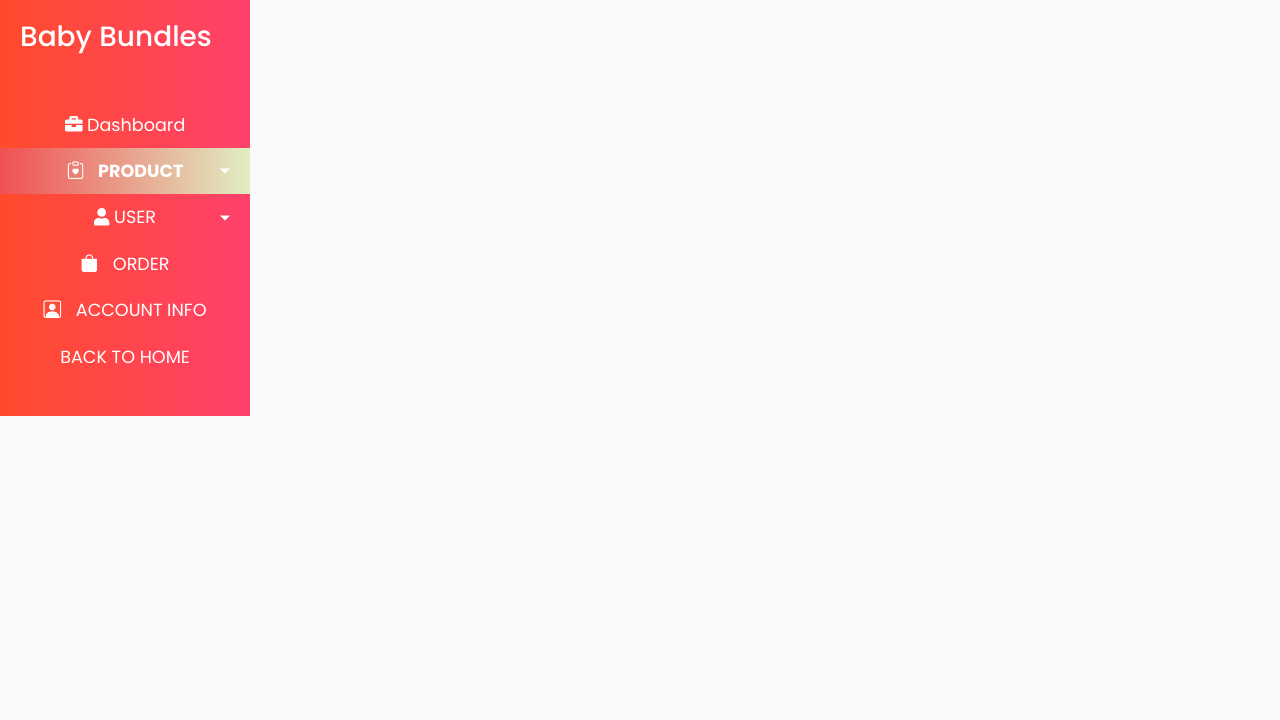
Repository: jiahow99/Baby-Bundles-University
Page: http://localhost/admin-dashboard.php
An editor plug-in stored every save of this project. The page is shown before and after the next save, followed by the edit.
The browser window is 1280 px wide. The pictures show the whole page.
Some web libraries are served in a nearby version. The page is run by PHP 8.4 with error messages shown; the project is at /var/www/html/.

Above is the page before, as saved 2022-11-25 01:18:21.

### admin-dashboard.php
<!DOCTYPE html>
<html>

<head>
    <meta charset="utf-8">
    <meta name="viewport" content="width=device-width, initial-scale=1.0">
    <meta http-equiv="X-UA-Compatible" content="IE=edge">

    <title>Admin-Product</title>

    <!-- Bootstrap CSS CDN -->
    <link rel="stylesheet" href="https://stackpath.bootstrapcdn.com/bootstrap/4.1.0/css/bootstrap.min.css" integrity="sha384-9gVQ4dYFwwWSjIDZnLEWnxCjeSWFphJiwGPXr1jddIhOegiu1FwO5qRGvFXOdJZ4" crossorigin="anonymous">
    <!-- Our Custom CSS -->
    <link rel="stylesheet" href="css/admin.style.css">

    <!-- Font Awesome JS -->
    <script defer src="https://use.fontawesome.com/releases/v5.0.13/js/solid.js" integrity="sha384-tzzSw1/Vo+0N5UhStP3bvwWPq+uvzCMfrN1fEFe+xBmv1C/AtVX5K0uZtmcHitFZ" crossorigin="anonymous"></script>
    <script defer src="https://use.fontawesome.com/releases/v5.0.13/js/fontawesome.js" integrity="sha384-6OIrr52G08NpOFSZdxxz1xdNSndlD4vdcf/q2myIUVO0VsqaGHJsB0RaBE01VTOY" crossorigin="anonymous"></script>
    <!-- Bootstrap Icon -->
    <link rel="stylesheet" href="https://cdn.jsdelivr.net/npm/bootstrap-icons@1.3.0/font/bootstrap-icons.css">
    <!-- JQuery -->
    <script src="https://code.jquery.com/jquery-3.5.1.min.js"></script>
    <!-- Bootstrap Icon -->
    <link rel="stylesheet" href="https://cdn.jsdelivr.net/npm/bootstrap-icons@1.9.1/font/bootstrap-icons.css" integrity="sha384-xeJqLiuOvjUBq3iGOjvSQSIlwrpqjSHXpduPd6rQpuiM3f5/ijby8pCsnbu5S81n" crossorigin="anonymous">
    <!-- JavaScript Bundle with Popper -->
    <script src="https://cdn.jsdelivr.net/npm/bootstrap@5.2.3/dist/js/bootstrap.bundle.min.js" integrity="sha384-kenU1KFdBIe4zVF0s0G1M5b4hcpxyD9F7jL+jjXkk+Q2h455rYXK/7HAuoJl+0I4" crossorigin="anonymous"></script>
    <link href="http://cdnjs.cloudflare.com/ajax/libs/font-awesome/4.3.0/css/font-awesome.css" rel="stylesheet"  type='text/css'>


</head>

<body>

    <div class="wrapper">
        <!-- Sidebar  -->
        <?php require 'admin-sidebar.php' ?>

        <!-- Page Content  -->


    <!-- Popper.JS -->
    <script src="https://cdnjs.cloudflare.com/ajax/libs/popper.js/1.14.0/umd/popper.min.js" integrity="sha384-cs/chFZiN24E4KMATLdqdvsezGxaGsi4hLGOzlXwp5UZB1LY//20VyM2taTB4QvJ" crossorigin="anonymous"></script>
    <!-- Bootstrap JS -->
    <script src="https://stackpath.bootstrapcdn.com/bootstrap/4.1.0/js/bootstrap.min.js" integrity="sha384-uefMccjFJAIv6A+rW+L4AHf99KvxDjWSu1z9VI8SKNVmz4sk7buKt/6v9KI65qnm" crossorigin="anonymous"></script>

    <script type="text/javascript">
        $(document).ready(function () {
            $('#sidebarCollapse').on('click', function () {
                $('#sidebar').toggleClass('active');
                $('#dashboardlabel').toggleClass('d-none');
                $('#userlabel').toggleClass('d-none');
                $('#productlabel').toggleClass('d-none');
                $('#orderlabel').toggleClass('d-none');
                $('#accountlabel').toggleClass('d-none');
                $('#logoutlabel').toggleClass('d-none');
            });
        });
    </script>
</body>

</html>

### admin-sidebar.php
<!-- Sidebar  -->
<nav id="sidebar">
    <div class="sidebar-header">
        <h3>Baby Bundles</h3>
        <strong>BS</strong>
    </div>

    <ul class="list-unstyled components">
        <!-- Dashboard -->
        <li id="sidebar-dashboard">
            <a href="admin-dashboard.php">
                <i class="fas fa-briefcase"></i>
                <span id="dashboardlabel">Dashboard</span>
            </a>
        </li>
        <!-- Product -->
        <li id="sidebar-product">
            <a href="#homeSubmenu" data-toggle="collapse" aria-expanded="false" class="dropdown-toggle">
                <i class="bi bi-clipboard-heart"></i>
                <span id="productlabel">PRODUCT</span>
            </a>
            <ul class="collapse list-unstyled" id="homeSubmenu">
                <li>
                    <a href="admin-addproduct.php">ADD PRODUCT</a>
                </li>
                <li>
                    <a href="admin-viewproduct.php">DELETE PRODUCT</a>
                </li>
                <li>
                    <a href="admin-viewproduct.php">VIEW ALL</a>
                </li>
            </ul>
        </li>
        <!-- User -->
        <li id="sidebar-user">
            <a href="#pageSubmenu" data-toggle="collapse" aria-expanded="false" class="dropdown-toggle">
            <i class="fas fa-solid fa-user"></i>
                <span id="userlabel">USER</span>
            </a>
            <ul class="collapse list-unstyled" id="pageSubmenu">
                <li>
                    <a href="admin-viewuser.php">DELETE USER</a>
                </li>
                <li>
                    <a href="admin-viewuser.php">VIEW USERS</a>
                </li>
            </ul>
        </li>
        <!-- Order -->
        <li id="sidebar-order">
            <a href="admin-vieworder.php">
            <i class="bi bi-bag-fill"></i>
                <span id="orderlabel">ORDER</span>
            </a>
        </li>
        <!-- Account Info -->
        <li>
            <a href="account-info.php">
                <i class="bi bi-person-square"></i>
                <span id="accountlabel">ACCOUNT INFO</span>
            </a>
        </li>
        <!-- Back to home -->
        <li>
            <a href="index.php">
                <span id="logoutlabel">BACK TO HOME</span>
            </a>
        </li>
    </ul>
</nav>

<script>

  // Add 'active' class to navigation
  function activeNav(id){
    var nav = document.getElementById(id);
    nav.classList.add('active');
  }

  var title = document.title;

  switch(title){
    case 'Admin-Product':
      activeNav('sidebar-product');
      break;
    case 'Admin-User':
      activeNav('sidebar-user');
      break;
    case 'Admin-Order':
      activeNav('sidebar-order');
      break;
    case 'Admin-Dashboard':
      activeNav('sidebar-dashboard');
      break;
  }
</script>

### css/admin.style.css
/*
    DEMO STYLE
*/

@import "https://fonts.googleapis.com/css?family=Poppins:300,400,500,600,700";

body {
    font-family: 'Poppins', sans-serif;
    background: #fafafa;
}

p {
    font-family: 'Poppins', sans-serif;
    font-size: 1.1em;
    font-weight: 300;
    line-height: 1.7em;
    color: #999;
}

a,
a:hover,
a:focus {
    color: inherit;
    text-decoration: none;
    transition: all 0.3s;
}

.navbar {
    padding: 15px 10px;
    background: #fff;
    border: none;
    border-radius: 0;
    margin-bottom: 40px;
    box-shadow: 1px 1px 3px rgba(0, 0, 0, 0.1);
}

.navbar-btn {
    box-shadow: none;
    outline: none !important;
    border: none;
}

.line {
    width: 100%;
    height: 1px;
    border-bottom: 1px dashed #ddd;
    margin: 40px 0;
}

i,
span {
    display: inline-block;
}

/* ---------------------------------------------------
    SIDEBAR STYLE
----------------------------------------------------- */

.wrapper {
    display: flex;
    align-items: stretch;
}

#sidebar {
    min-width: 250px;
    max-width: 250px;
    background: #FF416C;  /* fallback for old browsers */
    background: -webkit-linear-gradient(to right, #FF4B2B, #FF416C);  /* Chrome 10-25, Safari 5.1-6 */
    background: linear-gradient(to right, #FF4B2B, #FF416C); /* W3C, IE 10+/ Edge, Firefox 16+, Chrome 26+, Opera 12+, Safari 7+ */
    color: #fff;
    transition: all 0.3s;
}

#sidebar.active {
    min-width: 80px;
    max-width: 80px;
    text-align: center;
}

#sidebar.active .sidebar-header h3,
#sidebar.active .CTAs {
    display: none;
}

#sidebar.active .sidebar-header strong {
    display: block;
}

#sidebar ul li a {
    text-align: left;
}

#sidebar.active ul li a {
    padding: 20px 10px;
    text-align: center;
    font-size: 0.85em;
}

#sidebar.active ul li a i {
    margin-right: 0;
    display: block;
    font-size: 1.8em;
    margin-bottom: 5px;
}

#sidebar.active ul ul a {
    padding: 10px !important;
}

#sidebar.active .dropdown-toggle::after {
    top: auto;
    bottom: 10px;
    right: 50%;
    -webkit-transform: translateX(50%);
    -ms-transform: translateX(50%);
    transform: translateX(50%);
}

#sidebar .sidebar-header {
    padding: 20px;
    background: #FF416C;  /* fallback for old browsers */
    background: -webkit-linear-gradient(to right, #FF4B2B, #FF416C);  /* Chrome 10-25, Safari 5.1-6 */
    background: linear-gradient(to right, #FF4B2B, #FF416C); /* W3C, IE 10+/ Edge, Firefox 16+, Chrome 26+, Opera 12+, Safari 7+ */
}

#sidebar .sidebar-header strong {
    display: none;
    font-size: 1.8em;
}

#sidebar ul.components {
    padding: 20px 0;
}

#sidebar ul li a {
    padding: 10px;
    font-size: 1.1em;
    display: block;
    text-align: center;
}

#sidebar ul li a:hover {
    color: #dc1522;
    background: #fff;
    font-weight: bolder;
}

#sidebar ul li a i {
    margin-right: 10px;
}

#sidebar ul li.active>a,
a[aria-expanded="true"] {
    color: #fff;
    background: #e1eec3;  /* fallback for old browsers */
    background: -webkit-linear-gradient(to right, #f05053, #e1eec3);  /* Chrome 10-25, Safari 5.1-6 */
    background: linear-gradient(to right, #f05053, #e1eec3); /* W3C, IE 10+/ Edge, Firefox 16+, Chrome 26+, Opera 12+, Safari 7+ */
    font-weight: bolder;
}

a[data-toggle="collapse"] {
    position: relative;
}

.dropdown-toggle::after {
    display: block;
    position: absolute;
    top: 50%;
    right: 20px;
    transform: translateY(-50%);
}

ul ul a {
    font-size: 0.9em !important;
    padding-left: 30px !important;
    background: #6d7fcc;
}

ul.CTAs {
    padding: 20px;
}

ul.CTAs a {
    text-align: center;
    font-size: 0.9em !important;
    display: block;
    border-radius: 5px;
    margin-bottom: 5px;
}

a.download {
    background: #fff;
    color: #7386D5;
}

a.article,
a.article:hover {
    background: #6d7fcc !important;
    color: #fff !important;
}

/* ---------------------------------------------------
    CONTENT STYLE
----------------------------------------------------- */

#content {
    width: 100%;
    padding: 20px;
    min-height: 100vh;
    transition: all 0.3s;
}

/* ---------------------------------------------------
    MEDIAQUERIES
----------------------------------------------------- */

@media (max-width: 768px) {
    #sidebar {
        min-width: 80px;
        max-width: 80px;
        text-align: center;
        margin-left: -80px !important;
    }
    .dropdown-toggle::after {
        top: auto;
        bottom: 10px;
        right: 50%;
        -webkit-transform: translateX(50%);
        -ms-transform: translateX(50%);
        transform: translateX(50%);
    }
    #sidebar.active {
        margin-left: 0 !important;
    }
    #sidebar .sidebar-header h3,
    #sidebar .CTAs {
        display: none;
    }
    #sidebar .sidebar-header strong {
        display: block;
    }
    #sidebar ul li a {
        padding: 20px 10px;
    }
    #sidebar ul li a span {
        font-size: 0.85em;
    }
    #sidebar ul li a i {
        margin-right: 0;
        display: block;
    }
    #sidebar ul ul a {
        padding: 10px !important;
    }
    #sidebar ul li a i {
        font-size: 1.3em;
    }
    #sidebar {
        margin-left: 0;
    }
    #sidebarCollapse span {
        display: none;
    }
}

#homeSubmenu li a,#pageSubmenu li a{
    background: #ED213A;  /* fallback for old browsers */
    background: -webkit-linear-gradient(to right, #93291E, #ED213A);  /* Chrome 10-25, Safari 5.1-6 */
    background: linear-gradient(to right, #93291E, #ED213A); /* W3C, IE 10+/ Edge, Firefox 16+, Chrome 26+, Opera 12+, Safari 7+ */



}

.btn-primary{
    background: #ffffff;  /* fallback for old browsers */
    background: -webkit-linear-gradient(to right, #FF4B2B, #FF416C);  /* Chrome 10-25, Safari 5.1-6 */
    background: linear-gradient(to right, #FF4B2B, #FF416C); /* W3C, IE 10+/ Edge, Firefox 16+, Chrome 26+, Opera 12+, Safari 7+ */
    border: 0;
    cursor: pointer;
}

.glass{
/* From https://css.glass */
background: rgba(255, 255, 255, 0.18);
border-radius: 16px;
box-shadow: 0 4px 30px rgba(0, 0, 0, 0.1);
backdrop-filter: blur(20px);
-webkit-backdrop-filter: blur(20px);
border: 1px solid rgba(255, 255, 255, 0.13);
}

.input--style-6, .textarea--style-6 {
    background: transparent;
    line-height: 38px;
    border: 1px solid #7b7676;
    -webkit-border-radius: 3px;
    -moz-border-radius: 3px;
    border-radius: 3px;
    color: #666;
    font-size: 15px;
    font-weight: bold;
    -webkit-transition: all 0.4s ease;
    -o-transition: all 0.4s ease;
    -moz-transition: all 0.4s ease;
    transition: all 0.4s ease;
    padding: 0 20px;
}

.input--style-6:focus,
.textarea--style-6:focus {
  -webkit-box-shadow: 0px 1px 5px 0px rgba(0, 0, 0, 0.15);
  -moz-box-shadow: 0px 1px 5px 0px rgba(0, 0, 0, 0.15);
  box-shadow: 0px 1px 5px 0px rgba(0, 0, 0, 0.15);
  -webkit-transform: translateY(-3px);
  -moz-transform: translateY(-3px);
  -ms-transform: translateY(-3px);
  -o-transform: translateY(-3px);
  transform: translateY(-3px);
  border: 2px solid #7b7676;

}

.name{
    width: 188px;
  color: rgb(175, 33, 33);
  font-size: 15px;
  font-weight: 700;
  margin-top: 11px;
  font-family: "Poppins", sans-serif;
}

.form-check {
    display: block;
    min-height: 1.5rem;
    padding-left: 1.5em;
    margin-bottom: 0.125rem;
}

.form-check .form-check-input {
float: left;
margin-left: -1.5em;
}

.form-check-input {
width: 1em;
height: 1em;
margin-top: 0.25em;
vertical-align: top;
background-color: #fff;
background-repeat: no-repeat;
background-position: center;
background-size: contain;
border: 1px solid rgba(0, 0, 0, 0.25);
-webkit-appearance: none;
-moz-appearance: none;
appearance: none;
-webkit-print-color-adjust: exact;
color-adjust: exact;
}

.form-check-input[type="checkbox"] {
border-radius: 0.25em;
}

.form-check-input[type="radio"] {
border-radius: 50%;
}

.form-check-input:active {
filter: brightness(90%);
}

.form-check-input:focus {
border-color: #ed9999;
outline: 0;
box-shadow: 0 0 0 0.25rem rgba(218, 51, 51, 0.25);
}

.form-check-input:checked {
background-color: #da3333;
border-color: #da3333;
}

.form-check-input:checked[type="checkbox"] {
background-image: url("data:[embedded picture, 214 characters]");
}

.form-check-input:checked[type="radio"] {
background-image: url("data:[embedded picture, 126 characters]");
}

.form-check-input[type="checkbox"]:indeterminate {
background-color: #da3333;
border-color: #da3333;
background-image: url("data:[embedded picture, 208 characters]");
}

.form-check-input:disabled {
pointer-events: none;
filter: none;
opacity: 0.5;
}

.form-check-input[disabled] ~ .form-check-label, .form-check-input:disabled ~ .form-check-label {
opacity: 0.5;
}

.form-switch {
padding-left: 2.5em;
}

.form-switch .form-check-input {
width: 2em;
margin-left: -2.5em;
background-image: url("data:[embedded picture, 143 characters]");
background-position: left center;
border-radius: 2em;
transition: background-position 0.15s ease-in-out;
}

.user{
    color: black;
    font-weight: bold;
}

.user-row{
    border: 1px solid black;
}

.bg-admin{
/* From https://css.glass */
background: rgba(248, 40, 70, 0.66);
border-radius: 16px;
box-shadow: 0 4px 30px rgba(0, 0, 0, 0.1);
backdrop-filter: blur(6.9px);
-webkit-backdrop-filter: blur(6.9px);
border: 1px solid rgba(248, 40, 70, 0.3);
}

### admin-topnavbar.php
<nav class="navbar navbar-expand-lg navbar-light bg-admin">
    <div class="container-fluid pl-0">

        <button type="button" id="sidebarCollapse" class="btn-lg btn-primary">
            <i class="fas fa-align-justify"></i>
            <!-- <span>Toggle Sidebar</span> -->
        </button>
        <button class="btn btn-dark d-inline-block d-lg-none ml-auto" type="button" data-toggle="collapse" data-target="#navbarSupportedContent" aria-controls="navbarSupportedContent" aria-expanded="false" aria-label="Toggle navigation">
            <i class="fas fa-align-justify"></i>
        </button>

        <div class="collapse navbar-collapse" id="navbarSupportedContent">
            <ul class="nav navbar-nav ml-auto">
                <li class="nav-item dropdown mx-lg-3 col-2 col-lg-1" >
                    <a href="#" class="nav-link dropdown-toggle user-account text-white" id="userDropdownMenuLink" data-bs-toggle="dropdown" aria-haspopup="true" aria-expanded="false">
                    <?php
                    // Username
                    if(isset($_COOKIE['username'])){
                        echo $_COOKIE['username'];
                    }
                    ?>
                    </a>
                    <div class="dropdown-menu text-sm " aria-labelledby="userDropdownMenuLink">
                        <a href="account-info.php" class="dropdown-item">Account</a>
                        <a href="index.php" class="dropdown-item">Back to home</a>
                        <a href="logout.php" class="dropdown-item">Logout</a>
                    </div>
                </li>
            </ul>
        </div>
    </div>
</nav>

After the next save:
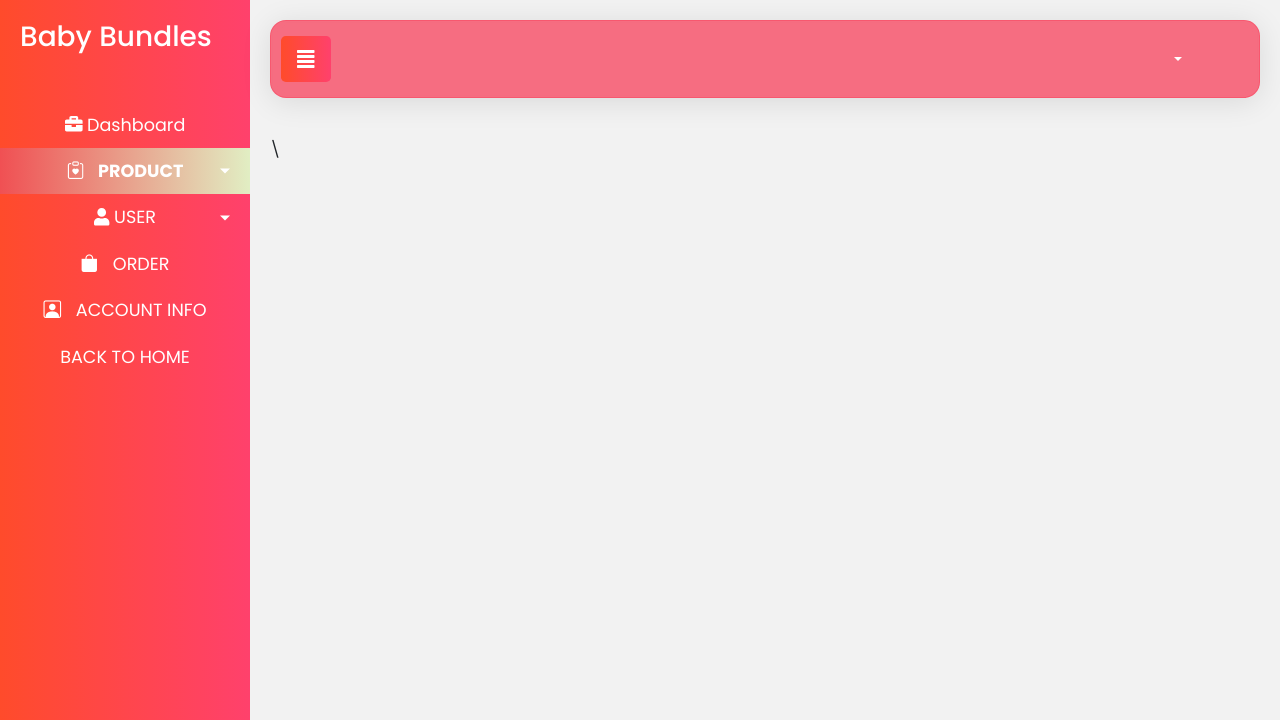
Saved 22 s later.
--- a/admin-dashboard.php
+++ b/admin-dashboard.php
@@ -36,7 +36,11 @@
         <?php require 'admin-sidebar.php' ?>
 
         <!-- Page Content  -->
+        <div id="content" style="background-color:#F2F2F2">
+            <?php require 'admin-topnavbar.php' ?>
 
+\
+    </div>
 
     <!-- Popper.JS -->
     <script src="https://cdnjs.cloudflare.com/ajax/libs/popper.js/1.14.0/umd/popper.min.js" integrity="sha384-cs/chFZiN24E4KMATLdqdvsezGxaGsi4hLGOzlXwp5UZB1LY//20VyM2taTB4QvJ" crossorigin="anonymous"></script>
